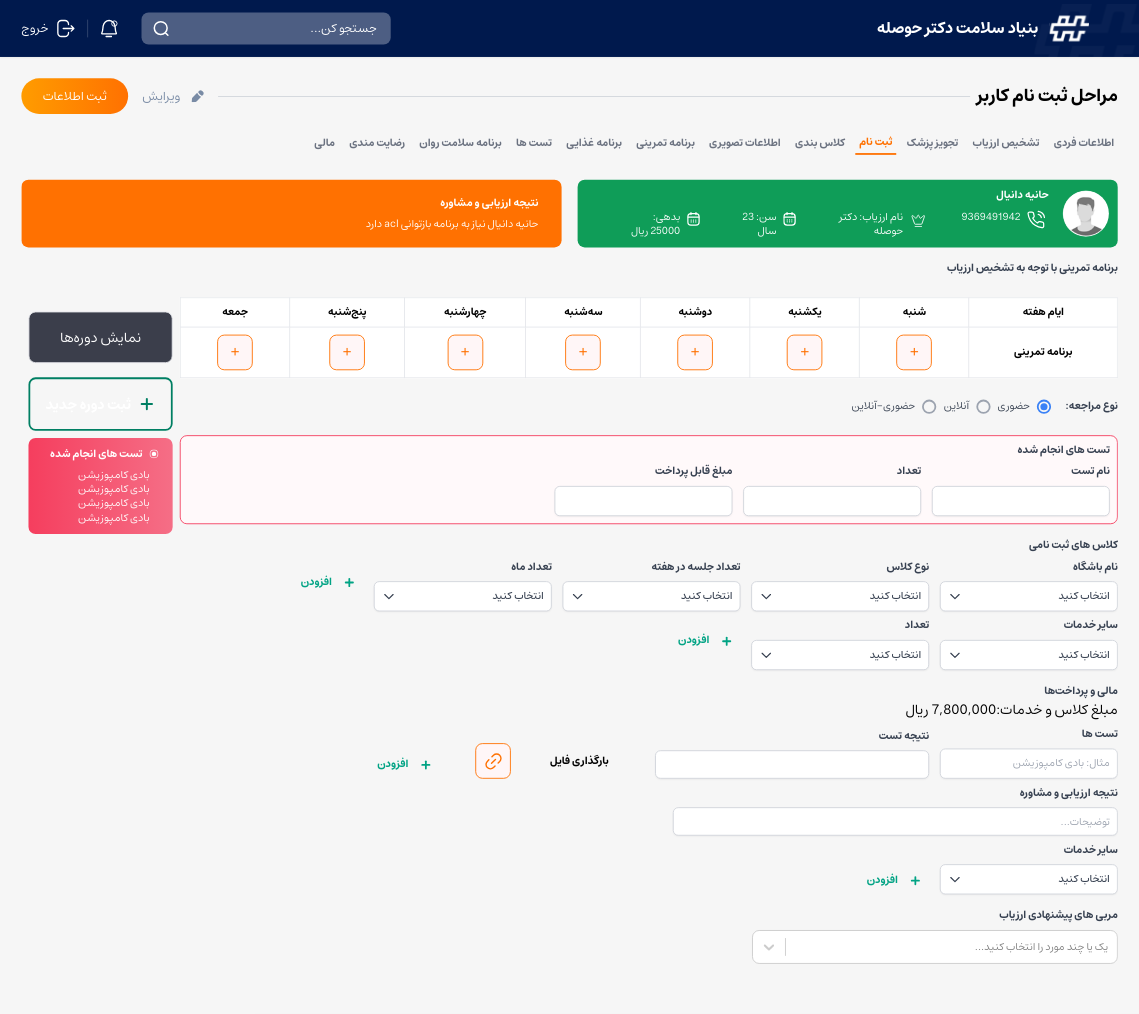
Repository: mirnajafi/ERP_hoseleh_V1.0
Page: /register, after clicking the first element matching `div.flex > :nth-child(4)`
An editor plug-in stored every save of this project. The page is shown before and after a run of saves, followed by the edit.
The browser window is 1280 px wide. The pictures show the whole page, at 89% of full size.
Some web fonts or font styles are not loaded; a fallback is used. The project was rebuilt for these pictures with package versions that can differ from the ones it lists, and the page was loaded fresh each time. The framework's server and built-in components were replaced by stand-ins that run in the browser. Also part of the build but not shown: next.config.mjs, src/components/icons/trash.tsx, src/components/weekTable/weekTable.css, src/components/icons/copy.tsx, src/components/recognitionEvaluator/recognitionEvaluator.tsx.

Above is the page before, as saved 2025-03-01 00:02:11.

### src/app/layout.tsx
/* eslint-disable @next/next/no-img-element */
import type { Metadata } from "next";
import Header from "@/components/layout/Header";
import "@/app/globals.css";


export const metadata: Metadata = {
  title: "دکتر حوصله",
  description: "بنیاد سلامت دکتر حوصله",
};

export default function RootLayout({ children }: { children: React.ReactNode }) {
  return (
    <html lang="fa" dir="rtl">
      <body className="bg-dashboard-bg min-h-screen">
        {/* Header includes SidebarToggle, so no need to add Sidebar separately */}
        <Header />
        {/* Main Content Area */}
        <main className="transition-all duration-300 mt-16 p-6">
          {children}
        </main>

      </body>
    </html>
  );
}

### src/app/globals.css
@tailwind base;
@tailwind components;
@tailwind utilities;

@font-face {
  font-family: 'Estedad';
  src: url('/fonts/Estedad-Regular.woff2') format('woff2');
  font-weight: normal;
  font-style: normal;
  font-display: swap;
}

@font-face {
  font-family: 'Estedad';
  src: url('/fonts/Estedad-Bold.woff2') format('woff2');
  font-weight: bold;
  font-style: normal;
  font-display: swap;
}

@font-face {
  font-family: 'Estedad';
  src: url('/fonts/Estedad-Medium.woff2') format('woff2');
  font-weight: 500;
  font-style: normal;
  font-display: swap;
}

@font-face {
  font-family: 'Estedad';
  src: url('/fonts/Light.woff2') format('woff2');
  font-weight: 400;
  font-style: normal;
  font-display: swap;
}

@layer base {
  html {
    font-family: 'Estedad'
  }
}

### src/components/registration/registration.tsx
import Select from "react-select/base";
import WeekTable from "../weekTable/weekTable";
import TransparentBtn from "../transparentBtn/transparentBtn";
import Dropdown from "../dropdown/dropdown";
import InputDescription from "../inputDescription/inputDescription";
import FileUploader from "../fileUploader/fileUploader";
import Input from "../input/input";
import InformationUserBox from "../informationUserBox/informationUserBox";
import { useState } from "react";
import ResultBox from "../resultBox/resultBox";
import PlusIcon from "../icons/plus";
import LeftSideBox from "../leftSideBox/leftSideBox";
import RadioButton from "../radioBtn/radioBtn";

const Registration = () => {

    const [selectedOptions, setSelectedOptions] = useState([]);


    const handleSelect = (option: string) => {
        console.log("انتخاب شده:", option);
    };
    const handleFileUpload = (files: File[]) => {
        console.log("فایل‌های آپلود شده:", files);
    };

    const [selected, setSelected] = useState<string>("option1");


    const [selectedDay, setSelectedDay] = useState<string>("");

    const handleDaySelect = (day: string) => {
        setSelectedDay(day);
    };

    return (
        <div>
            <div className="w-full flex flex-row">
                <InformationUserBox name="حانیه دانیال" age="23" phoneNumber={'9369491942'} evaluator="دکتر حوصله" debt="25000" imageSrc="/images/defaultUser.png" className="w-1/2 lg:ml-2" />
                <ResultBox resultText={"حانیه دانیال نیاز به برنامه بازتوانی acl دارد"} className="w-1/2 lg:mr-2" />
            </div>



            <div className="flex flex-row  my-4 items-center">
                <label className="mb-2 text-xs font-bold text-gray-700 ml-2">برنامه تمرینی با توجه به تشخیص ارزیاب</label>

            </div>

            <div className="w-full flex flex-row">

                <div className="w-full flex flex-col">
                    <WeekTable
                        apiUrl="https://api.majidvalizadeh.com/jalali/next7"
                        selectedDay={selectedDay}
                        onDaySelect={handleDaySelect}
                    />
                    <div className="flex flex-row my-4">
                        <label className="my-2 text-xs font-bold text-gray-700 ml-4">نوع مراجعه:</label>
                        <RadioButton
                            label="حضوری"
                            name="options"
                            value="option1"
                            checked={selected === "option1"}
                            onChange={setSelected}
                        />
                        <RadioButton
                            label="آنلاین"
                            name="options"
                            value="option2"
                            checked={selected === "option2"}
                            onChange={setSelected}
                        />
                        <RadioButton
                            label="حضوری-آنلاین"
                            name="options"
                            value="option3"
                            checked={selected === "option3"}
                            onChange={setSelected}
                        />
                    </div>


                    <div className="w-full xl:py-2 my-0  flex flex-col  border border-[#F53E5E] rounded-[8px] p-[8px] bg-[#FFF9FA]">
                        <label className="text-xs font-bold text-gray-700 ml-4">تست های انجام شده</label>

                        <div className="flex flex-row">
                            <Input
                                label="نام تست"
                                type="text"
                                value={''}
                                onChange={() => { }}
                                placeholder=""
                            />
                            <Input
                                label="تعداد "
                                type="text"
                                value={''}
                                onChange={() => { }}
                                placeholder=""
                            />

                            <Input
                                label="مبلغ قابل پرداخت"
                                type="text"
                                value={''}
                                onChange={() => { }}
                                placeholder=""
                            />
                        </div>
                    </div>

                    <div className="flex flex-col  w-full xl:items-start xl:justify-right ">
                        <label className="text-xs font-bold text-gray-700 ml-4 mt-4">کلاس های ثبت نامی</label>
                        <div className="w-full flex flex-row items-start">
                            <Dropdown
                                label=" نام باشگاه"
                                options={["گزینه 1", "گزینه 2", "گزینه 3"]}
                                onSelect={handleSelect}
                            />
                            <Dropdown
                                label="نوع کلاس"
                                options={["گزینه 1", "گزینه 2", "گزینه 3"]}
                                onSelect={handleSelect}
                            />
                            <Dropdown
                                label="تعداد جلسه در هفته"
                                options={["گزینه 1", "گزینه 2", "گزینه 3"]}
                                onSelect={handleSelect}
                            />
                            <Dropdown
                                label="تعداد ماه"
                                options={["گزینه 1", "گزینه 2", "گزینه 3"]}
                                onSelect={handleSelect}
                            />
                            <TransparentBtn label='افزودن' />
                        </div>
                    </div>

                    <div className="flex flex-col  w-full xl:items-start xl:justify-right ">
                        <div className="w-full flex flex-row items-start">
                            <Dropdown
                                label="سایر خدمات"
                                options={["گزینه 1", "گزینه 2", "گزینه 3"]}
                                onSelect={handleSelect}
                            />

                            <Dropdown
                                label="تعداد"
                                options={["گزینه 1", "گزینه 2", "گزینه 3"]}
                                onSelect={handleSelect}
                            />
                            <TransparentBtn label='افزودن' />
                        </div>
                    </div>


                    <label className="text-xs font-bold text-gray-700 ml-4 mt-4">مالی و پرداخت‌ها</label>

                    <div className="">
                        <div className="border-[#FFA466] "><span>مبلغ کلاس و خدمات:</span><span>7,800,000 ریال</span></div>


                    </div>

                </div>

                <div className="w-1/6 p-2 flex flex-col">
                    <button className="bg-[#3B3E4B] text-white p-4 w-full border rounded-[8px] my-2">نمایش دوره‌ها</button>
                    <button className="bg-transparent text-[#007F63] text-white p-4 w-full border-2 border-[#007F63] rounded-[8px] flex items-center justify-center font-bold my-2"><PlusIcon width={20} height={20} /> ثبت دوره جدید</button>
                    <LeftSideBox title={"تست های انجام شده"} test1={"بادی کامپوزیشن"} />
                </div>
            </div>


            {/* <div className="flex flex-col  w-ful xl:w-1/3">
                <label className="mb-2 text-xs font-bold text-gray-700">تمرکز روی کدام قسمت بدن؟</label>
                <Select
                    isMulti
                    options={[
                        { value: "apple", label: "سیب" },
                        { value: "banana", label: "موز" },
                        { value: "orange", label: "پرتقال" },
                        { value: "grape", label: "انگور" },
                        { value: "watermelon", label: "هندوانه" },
                    ]}
                    value={selectedOptions}
                    onChange={setSelectedOptions}
                    placeholder="یک یا چند مورد را انتخاب کنید..."
                    noOptionsMessage={() => "موردی یافت نشد"}
                    isClearable
                    isSearchable
                    className="text-xs "
                    styles={{
                        control: (base) => ({
                            ...base,
                            borderRadius: "8px",
                            borderColor: "#ccc",
                            boxShadow: "none",
                            "&:hover": { borderColor: "#888" },
                        }),
                    }}
                />
            </div> */}
            <div className="flex flex-col xl:flex-row w-full xl:items-end xl:justify-right ">
                <Input
                    label="تست ها"
                    type="text"
                    value={''}
                    onChange={() => { }}
                    placeholder="مثال: بادی کامپوزیشن "
                />
                <InputDescription
                    label="نتیجه تست"
                    value={''}
                    placeholder=""
                    className="xl:w-1/4 max-w-[500px]"
                />

                <FileUploader onFileUpload={handleFileUpload} accept="image/*" multiple />
                <TransparentBtn label='افزودن' />
            </div>
            <div className="flex flex-col xl:flex-row w-full xl:items-end xl:justify-right ">

                <InputDescription
                    label="نتیجه ارزیابی و مشاوره"
                    value={''}
                    placeholder="توضیحات..."
                    className="xl:w-1/2 max-w-[500px]"
                    height="h-24"
                />

            </div>


            <div className="flex flex-col xl:flex-row w-full xl:items-end xl:justify-right ">
                <Dropdown
                    label="سایر خدمات"
                    options={["گزینه 1", "گزینه 2", "گزینه 3"]}
                    onSelect={handleSelect}
                />
                <TransparentBtn label='افزودن' />

            </div>
            <div className="flex flex-col  w-ful xl:w-1/3 my-4">
                <label className="mb-2 text-xs font-bold text-gray-700">مربی های پیشنهادی ارزیاب</label>
                <Select
                    isMulti
                    options={[
                        { value: "apple", label: "سیب" },
                        { value: "banana", label: "موز" },
                        { value: "orange", label: "پرتقال" },
                        { value: "grape", label: "انگور" },
                        { value: "watermelon", label: "هندوانه" },
                    ]}
                    value={selectedOptions}
                    onChange={setSelectedOptions}
                    placeholder="یک یا چند مورد را انتخاب کنید..."
                    noOptionsMessage={() => "موردی یافت نشد"}
                    isClearable
                    isSearchable
                    className="text-xs "
                    styles={{
                        control: (base) => ({
                            ...base,
                            borderRadius: "8px",
                            borderColor: "#ccc",
                            boxShadow: "none",
                            "&:hover": { borderColor: "#888" },
                        }),
                    }}
                />
            </div>


        </div>
    )

}
export default Registration;

### src/components/SearchInput/SearchInput.tsx
/* eslint-disable @next/next/no-img-element */
"use client";

interface SearchInputProps {
  placeholder?: string;
  className?: string;
}

export default function SearchInput({ placeholder = "جستجو کن...", className = "" }: SearchInputProps) {
  return (
    <div className="relative w-[280px]">
      <input
        type="text"
        placeholder={placeholder}
        className={`w-full h-9 bg-white bg-opacity-30 rounded-lg px-4 text-white placeholder:text-white text-sm focus:outline-none ${className}`}
      />
      <img
        src="/icons/left-icon.svg"
        alt="search"
        className="absolute left-2 top-1/2 -translate-y-1/2 w-7 h-7 brightness-0 invert"
      />
    </div>
  );
}

### src/components/formHeader/formHeader.css
.customeGradient{
    background: linear-gradient(270deg, #FF7101 0%, #FF9C00 100%);
    color: white;
    border-radius: 50px;
    padding:  10px 24px;
}

### src/components/transparentBtn/transparentBtn.tsx
'use client'; // اضافه کردن این خط برای فعال کردن کامپوننت در Client-side

import React from "react";

interface BtnProps {
    label: string;
}

const TransparentBtn: React.FC<BtnProps> = ({ label }) => {

    return (
        <div className="w-250px text-[#01A384] h-full flex xl:items-center xl:justify-center">
            <button className="flex flex-row p-2  h-full flex items-center justify-center font-bold text-xs
">
                <svg width="15" height="15" viewBox="0 0 14 15" fill="none" xmlns="http://www.w3.org/2000/svg" className="ml-3">
                    <path d="M7 3.41666V11.5833" stroke="#01A384" stroke-width="2" stroke-linecap="round" stroke-linejoin="round" />
                    <path d="M2.91602 7.5H11.0827" stroke="#01A384" stroke-width="2" stroke-linecap="round" stroke-linejoin="round" />
                </svg>
                {label}
            </button>
        </div>
    );
};

export default TransparentBtn;

### src/components/inputDescription/inputDescription.tsx
'use client';  // اضافه کردن این خط برای فعال کردن کامپوننت در Client-side

import React from "react";

interface InputProps {
  label: string;
  value: string;
  placeholder?: string;
  required?: boolean;
  className?: string;
  height?:string;
}

const InputDescription: React.FC<InputProps> = ({
  label,
  value,
  placeholder,
  required = false,
  className = "",
  height
}) => {
  return (
    <div className={`w-full xl:w-1/2 ml-3 max-w-[500px] ${className}`}>
      <label className="block text-xs text-gray-700 mb-2 mt-4 xl:my-2 font-bold font-bold">{label}</label>

      <textarea
        value={value}
        placeholder={placeholder}
        required={required}
        className={`block w-full h-8 ${height} p-2 resize-none max-w-200 overflow-hidden text-xs border border-gray-300 rounded-md shadow-sm focus:outline-none focus:ring-2 focus:ring-indigo-500 focus:border-indigo-500`}
      />
    </div>
  );
};

export default InputDescription;

### src/components/resultBox/resultBox.tsx
'use client';

import React from "react";
import './resultBox.css';


interface ResultBoxProps {
    resultText: string;
    className?: string;
}

const ResultBox: React.FC<ResultBoxProps> = ({
    resultText,
    className
}) => {
    return (
        <div className={`w-full flex flex-col lg:flex-row containResultBox text-xs ${className}`}>
            <div className="flex flex-col mr-4">
                <div className="font-bold">نتیجه ارزیابی و مشاوره</div>
                <div className="flex flex-col justify-center items-start lg:flex-row mt-2">
                    <span className="ml-10 flex flex-row-reverse">{resultText}</span>
                </div>
            </div>
        </div>
    );
};

export default ResultBox;

### src/components/icons/plus.tsx
'use client';

import React from "react";

interface IconProps {
    width?: number;
    height?: number;
    color?: string;
}

const PlusIcon: React.FC<IconProps> = ({ width, height }) => {
    return (
        <svg width={width} height={height} viewBox="0 0 36 36" fill="none" className="ml-2" xmlns="http://www.w3.org/2000/svg">
        <path d="M18 7.5V28.5" stroke="#007F63" stroke-width="4" stroke-linecap="round" stroke-linejoin="round"/>
        <path d="M7.5 18H28.5" stroke="#007F63" stroke-width="4" stroke-linecap="round" stroke-linejoin="round"/>
        </svg>


    );
};

export default PlusIcon;

### src/components/radioBtn/radioBtn.tsx
import React from "react";

interface RadioButtonProps {
  label: string;
  name: string;
  value: string;
  checked: boolean;
  onChange: (value: string) => void;
}

const RadioButton: React.FC<RadioButtonProps> = ({ label, name, value, checked, onChange }) => {
  return (
    <label className="flex items-center space-x-2 cursor-pointer text-xs">
      <input
        type="radio"
        name={name}
        value={value}
        checked={checked}
        onChange={() => onChange(value)}
        className="hidden"
      />
      <div
        className={`w-4 h-4 rounded-full border-2 ${
          checked ? "border-blue-500" : "border-gray-400"
        } flex items-center justify-center transition-all`}
      >
        {checked && <div className="w-2 h-2 bg-blue-500 rounded-full" />}
      </div>
      <span className="text-gray-700">{label}</span>
    </label>
  );
};

export default RadioButton;

### src/components/icons/uploader.tsx
'use client';

import React from "react";

interface IconProps {
    width?: number;
    height?: number;
    color?: string;
}

const UploaderIcon: React.FC<IconProps> = ({ width, height }) => {
    return (<svg width={width} height={height} viewBox="0 0 24 24" fill="none" xmlns="http://www.w3.org/2000/svg">
        <path d="M14.1211 9.87866L9.87845 14.1213" stroke="#FF7101" stroke-width="1.5" stroke-linecap="round" />
        <path d="M10.334 7.00003L12.0006 5.33336C13.8416 3.49239 16.8264 3.49239 18.6673 5.33335V5.33335C20.5083 7.17431 20.5083 10.1591 18.6673 12.0001L17.0007 13.6667" stroke="#FF7101" stroke-width="1.5" stroke-linecap="round" />
        <path d="M13.666 17L11.9994 18.6666C10.1584 20.5076 7.17362 20.5076 5.33266 18.6666V18.6666C3.4917 16.8257 3.4917 13.8409 5.33266 11.9999L6.99934 10.3333" stroke="#FF7101" stroke-width="1.5" stroke-linecap="round" />
    </svg>
    );
};

export default UploaderIcon;

### src/components/informationUserBox/informationUserBox.css
.containInfoBox {
  background: #0f9d58;
  color: white;
  justify-content: right;
  align-items: center;
  padding: 10px;
  border-radius: 8px;
}
.imageUser {
  border-radius: 100%;
}

### src/components/resultBox/resultBox.css
.containResultBox {
  background: #FF7101;
  color: white;
  justify-content: right;
  align-items: center;
  padding: 10px;
  border-radius: 8px;
  margin-right: 10px;
}

### src/components/leftSideBox/leftSideBox.css
.containLeftSideBox {
  background: linear-gradient(270deg, #F56E86 0%, #F53E5E 100%);
  color: white;
  justify-content: right;
  align-items: center;
  padding: 10px;
  border-radius: 8px;
}
.special-margin{
  margin-right: -10px;
}

### src/components/icons/circle.tsx

'use client';

import React from "react";

interface IconProps {
    width?: number;
    height?: number;
    color?: string;
}

const CircleIcon: React.FC<IconProps> = ({ width = 21, height = 22 }) => {
    return (
        <svg width={width} height={height} viewBox="0 0 12 12" className="ml-2" fill="none" xmlns="http://www.w3.org/2000/svg">
            <rect width="12" height="12" rx="6" fill="white" />
            <rect x="2" y="2" width="8" height="8" rx="4" fill="white" />
            <rect x="2" y="2" width="8" height="8" rx="4" stroke="#F56B84" stroke-width="2" />
        </svg>

    );
};

export default CircleIcon;

### tailwind.config.ts
import type { Config } from "tailwindcss";

const config: Config = {
  content: [
    "./src/pages/**/*.{js,ts,jsx,tsx,mdx}",
    "./src/components/**/*.{js,ts,jsx,tsx,mdx}",
    "./src/containers/**/*.{js,ts,jsx,tsx,mdx}",
    "./src/app/**/*.{js,ts,jsx,tsx,mdx}",
  ],
  theme: {
    extend: {
      colors: {
        "deep-blue": "#1E3A8A",
        "green": "#8BC34A",
        "orange": "#F97316",
        "red": "#E02D40",
        "yellow": "#FBBF24",
        background: "var(--background)",
        foreground: "var(--foreground)",
        secondry: {
          blue: {
            900: "#00194D",
          },
        },
        primery: {
          600: "#FF7101"
        },
        dashboard: {
          bg: "#F6F6F6"
        }
      },
    },
  },
  plugins: [],
};
export default config;

Loaded but not shown: src/components/personalInfo/personalInfo.tsx (302 lines, source omitted); src/components/weekTable/weekTable.tsx (87 lines, source omitted); src/components/dropdown/dropdown.tsx (69 lines, source omitted); src/components/icons/evaluator.tsx (26 lines, source omitted); src/components/inputDate/inputDate.tsx (67 lines, source omitted); src/components/informationUserBox/informationUserBox.tsx (61 lines, source omitted); src/components/icons/calendar.tsx (35 lines, source omitted); src/components/icons/phoneNumber.tsx (20 lines, source omitted); src/components/formHeader/formHeader.tsx (32 lines, source omitted); src/components/fileUploader/fileUploader.tsx (54 lines, source omitted); src/components/layout/Header.tsx (44 lines, source omitted); src/app/register/page.tsx (48 lines, source omitted); src/components/leftSideBox/leftSideBox.tsx (35 lines, source omitted); src/components/input/input.tsx (40 lines, source omitted); src/components/formTab/formTab.tsx (38 lines, source omitted)

After the next 4 saves:
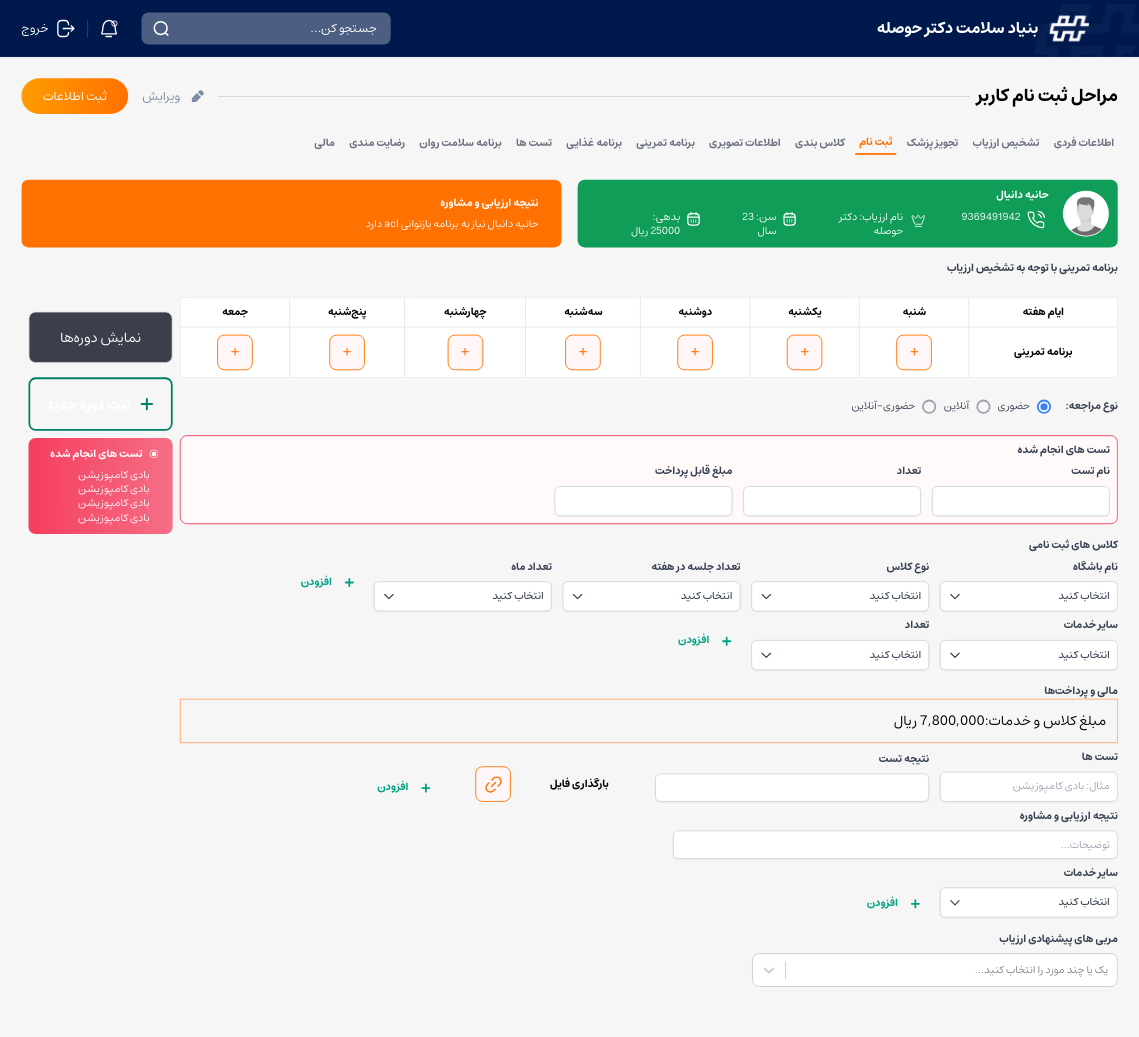
The 4 saves are shown as one change because they came seconds apart.
The last was saved 14 s later.
--- a/src/components/registration/registration.tsx
+++ b/src/components/registration/registration.tsx
@@ -158,7 +158,7 @@ const Registration = () => {
                     <label className="text-xs font-bold text-gray-700 ml-4 mt-4">مالی و پرداخت‌ها</label>
 
                     <div className="">
-                        <div className="border-[#FFA466] "><span>مبلغ کلاس و خدمات:</span><span>7,800,000 ریال</span></div>
+                        <div className="border border-[#FFA466] p-3 "><span>مبلغ کلاس و خدمات:</span><span>7,800,000 ریال</span></div>
 
 
                     </div>
